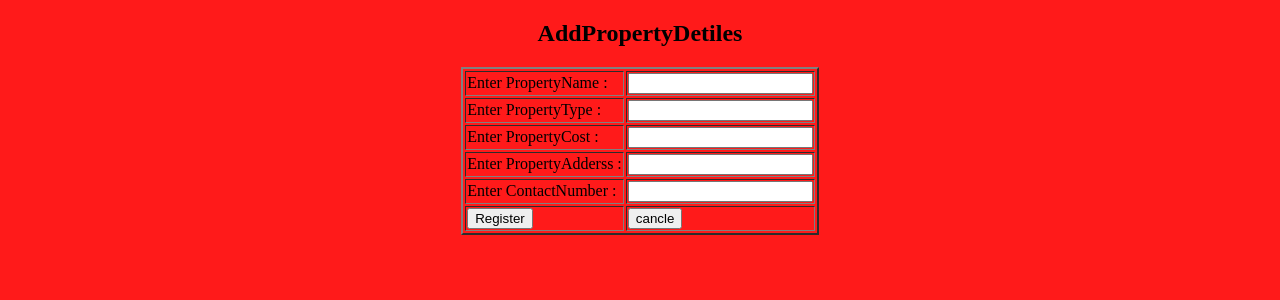
Repository: khadri2021/A2023_Task_Property_Management
Page: http://localhost/AdderssMakersWeb/Add.jsp
These files come from the project's save history. The page is drawn as it stood at one moment and after the next save; the edit follows.
The browser window is 1280 px wide. The pictures show the whole page.
The page is served by Tomcat 9. Other server files are loaded and not shown.

Above is the page before, as saved 2024-02-10 06:44:34.

### AdderssMakersWeb/WebContent/Add.jsp
<%@ page language="java" contentType="text/html; charset=ISO-8859-1"
    pageEncoding="ISO-8859-1"%>
<!DOCTYPE html>
<html>
<head>
<meta charset="ISO-8859-1">
<title>ADD PropertyDetiles</title>
</head>
<body bgcolor ="#ff1a1a">
<dev align=center>
 <h2>AddPropertyDetiles</h2>
 </dev>
 <center>
<table border="2">
<tr>
<td>Enter PropertyName :</td>
<td><input type="text" name="ProName"></td>
</tr>
<tr>
<td>Enter PropertyType :</td>
<td><input type="text" name="ProType"></td>
</tr>
<tr>
<td>Enter PropertyCost :</td>
<td><input type="text" name="ProCost"></td>
</tr>
<tr>
<td>Enter PropertyAdderss :</td>
<td><input type="text" name="ProAdd"></td>
</tr>
<tr>
<td>Enter ContactNumber :</td>
<td><input type="number" name="con"></td>
</tr>
<tr><td> <input type="button" value="Register"></td><td> <input type="button" value="cancle"></td></tr>


</table>
</center>
</body>
</html>

After the next save:
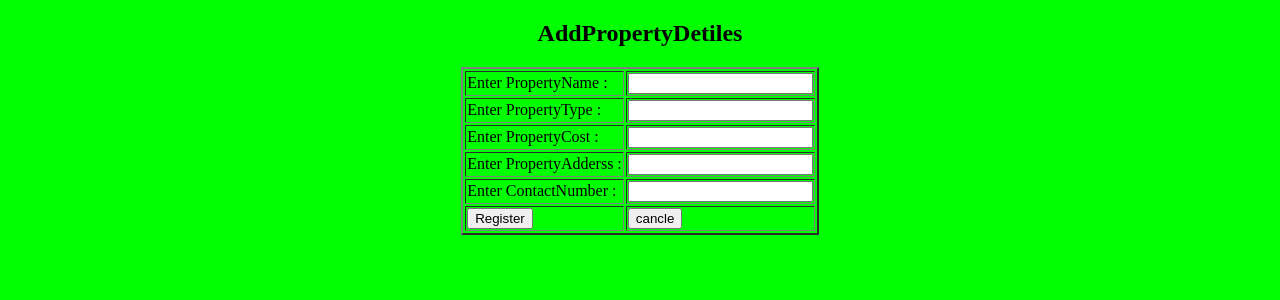
Saved 2 h 18 min later.
--- a/AdderssMakersWeb/WebContent/Add.jsp
+++ b/AdderssMakersWeb/WebContent/Add.jsp
@@ -6,7 +6,7 @@
 <meta charset="ISO-8859-1">
 <title>ADD PropertyDetiles</title>
 </head>
-<body bgcolor ="#ff1a1a">
+<body bgcolor ="#00FF00">
 <dev align=center>
  <h2>AddPropertyDetiles</h2>
  </dev>
